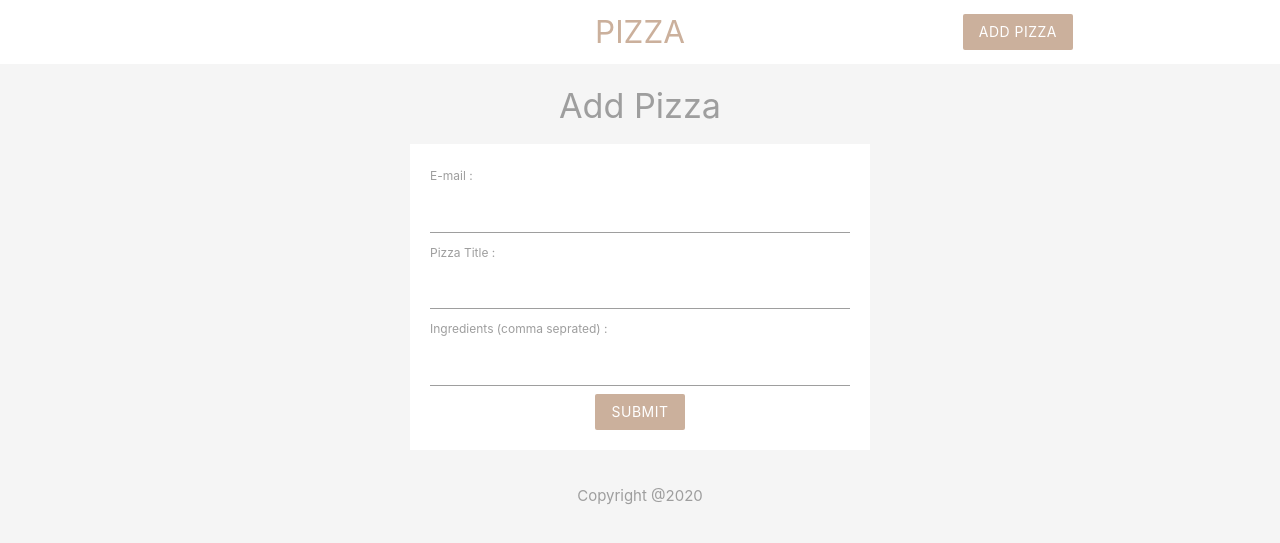
Repository: prathmeshgodbole/php
Page: http://localhost/add.php
An editor plug-in stored every save of this project. The page is shown before and after the next save, followed by the edit.
The browser window is 1280 px wide. The pictures show the whole page.
The page is run by PHP 8.4 with error messages shown; the project is at /var/www/html/.

Above is the page before, as saved 2020-10-12 15:24:57.

After the next save:
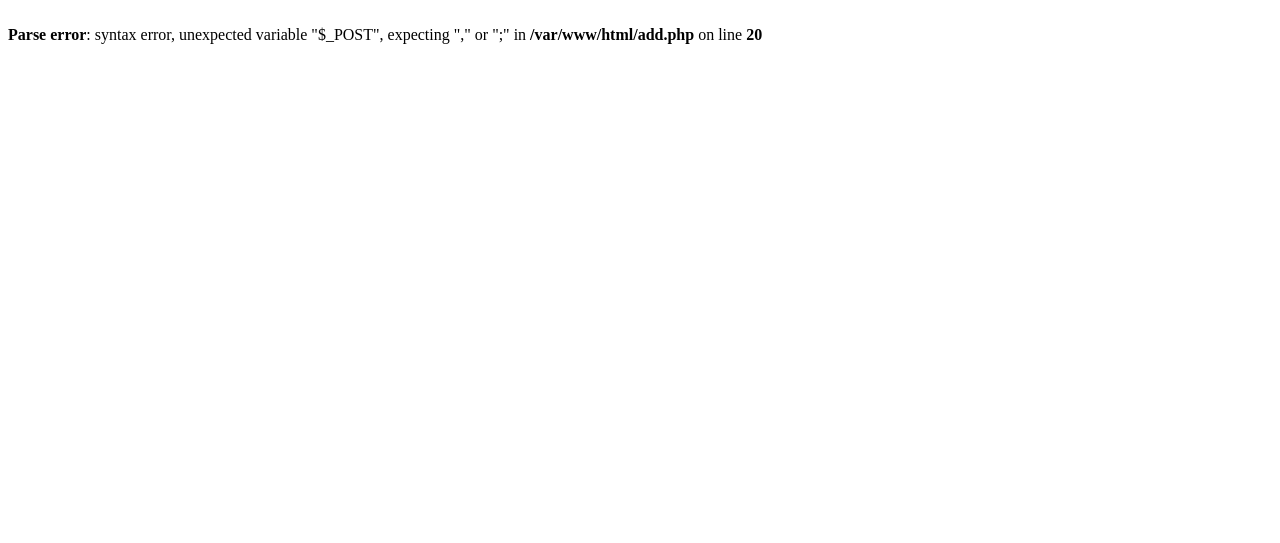
Saved 6 s later.
--- a/add.php
+++ b/add.php
@@ -17,7 +17,7 @@
 
 //XSS Method
 if(isset($_POST['submit'])){
-    echo $_POST['email'];
+    echo html$_POST['email'];
     echo $_POST['title'];
     echo $_POST['ingredients'];
     }
